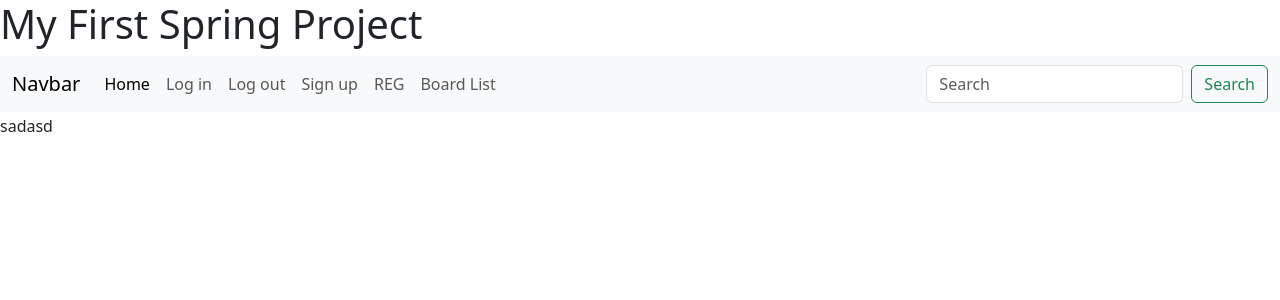
Repository: dfhdfhdfsza/springtest
Page: http://localhost/spring-Test/WEB-INF/views/board/detail.jsp
These files come from the project's save history. The page is drawn as it stood at one moment and after the next save; the edit follows.
The browser window is 1280 px wide. The pictures show the whole page.
The page is served by Tomcat 9. Nobody is signed in. The template is opened directly, without the code that normally fills it, so the values that code supplies are empty.

Above is the page before, as saved 2023-10-05 09:17:47.

After the next save:
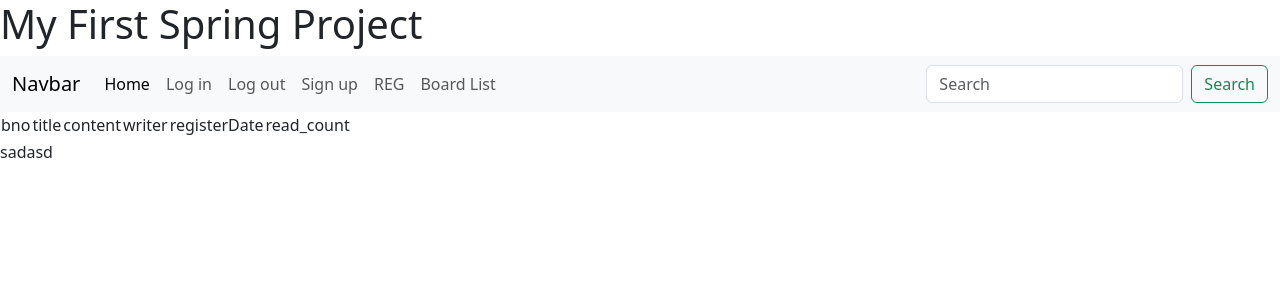
Saved 46 s later.
--- a/spring-Test/src/main/webapp/WEB-INF/views/board/detail.jsp
+++ b/spring-Test/src/main/webapp/WEB-INF/views/board/detail.jsp
@@ -11,14 +11,22 @@
 	<table>
 		<thead>
 			<tr>
+				<td>bno</td>
+				<td>title</td>
+				<td>content</td>
+				<td>writer</td>
+				<td>registerDate</td>
+				<td>read_count</td>
+			</tr>
+		</thead>
+		<tbody>
 				<td>${bvo.bno }</td>
 				<td>${bvo.title }</td>
 				<td>${bvo.content }</td>
 				<td>${bvo.writer }</td>
 				<td>${bvo.registerDate }</td>
 				<td>${bvo.read_count }</td>
-			</tr>
-		</thead>
+		</tbody>
 	</table>
 	<jsp:include page="../layout/footer.jsp"></jsp:include>
 </body>
